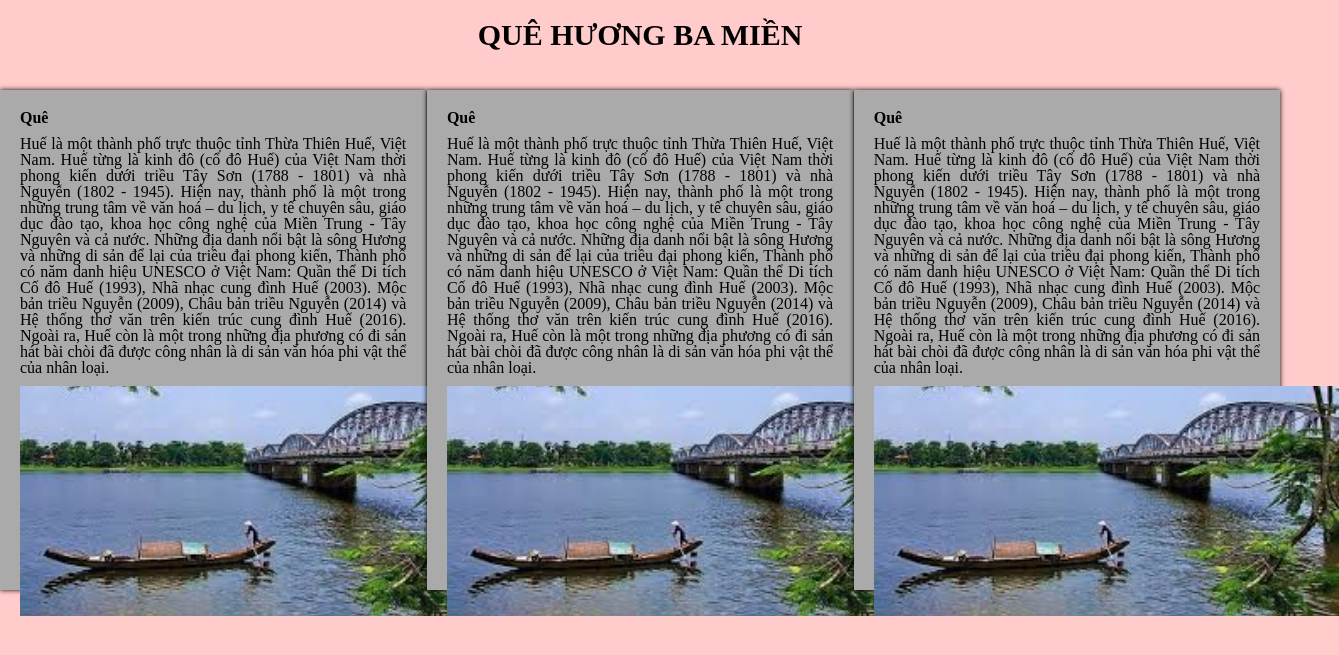
Repository: Tan-Khang21/TH_TKW--Buoi_06
Page: Bai_Tap_Tren_lop/Bai_02/LayoutCSS2.html
These files come from the project's save history. The page is drawn as it stood at one moment and after a run of saves; the edit follows.
The browser window is 1280 px wide. The page is 1339 px wide, so the pictures cover 1339 px, including what lies to the right of the window. The pictures show the whole page.

Above is the page before, as saved 2024-03-11 20:31:25.

After the next 2 saves:
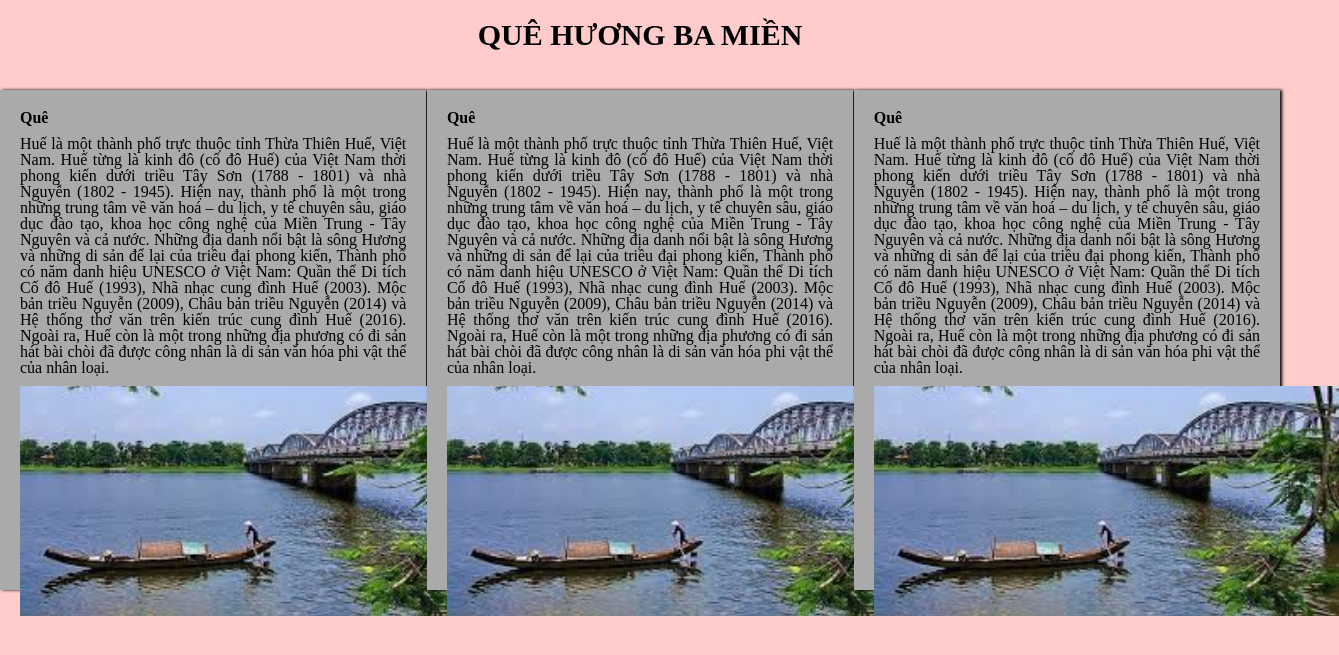
The 2 saves are shown as one change because they came seconds apart.
The last was saved 26 s later.
--- a/Bai_Tap_Tren_lop/Bai_02/style.css
+++ b/Bai_Tap_Tren_lop/Bai_02/style.css
@@ -18,7 +18,7 @@ body {
   padding: 20px;
   background-color: #aaaaaa;
   text-align: justify;
-  box-shadow: 0px 0px 5px black;
+  box-shadow: 2px 0px 3px black;
 }
 .images {
   width: 465px;
